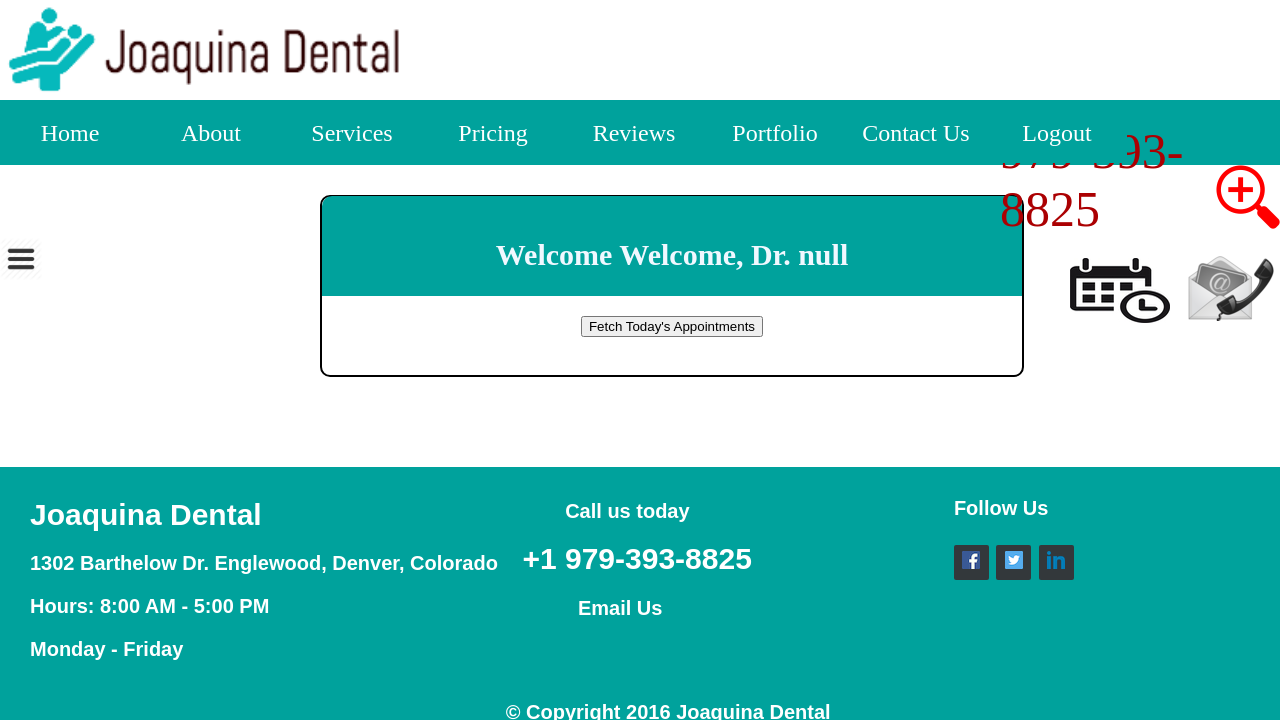
Repository: ManjushaBolishetty/test
Page: http://localhost/test/DentistHomePage.jsp
These files come from the project's save history. The page is drawn as it stood at one moment and after the next save; the edit follows.
The browser window is 1280 px wide. The pictures show the whole page.
The page is served by Tomcat 9.

Above is the page before, as saved 2016-04-03 17:49:28.

After the next save:
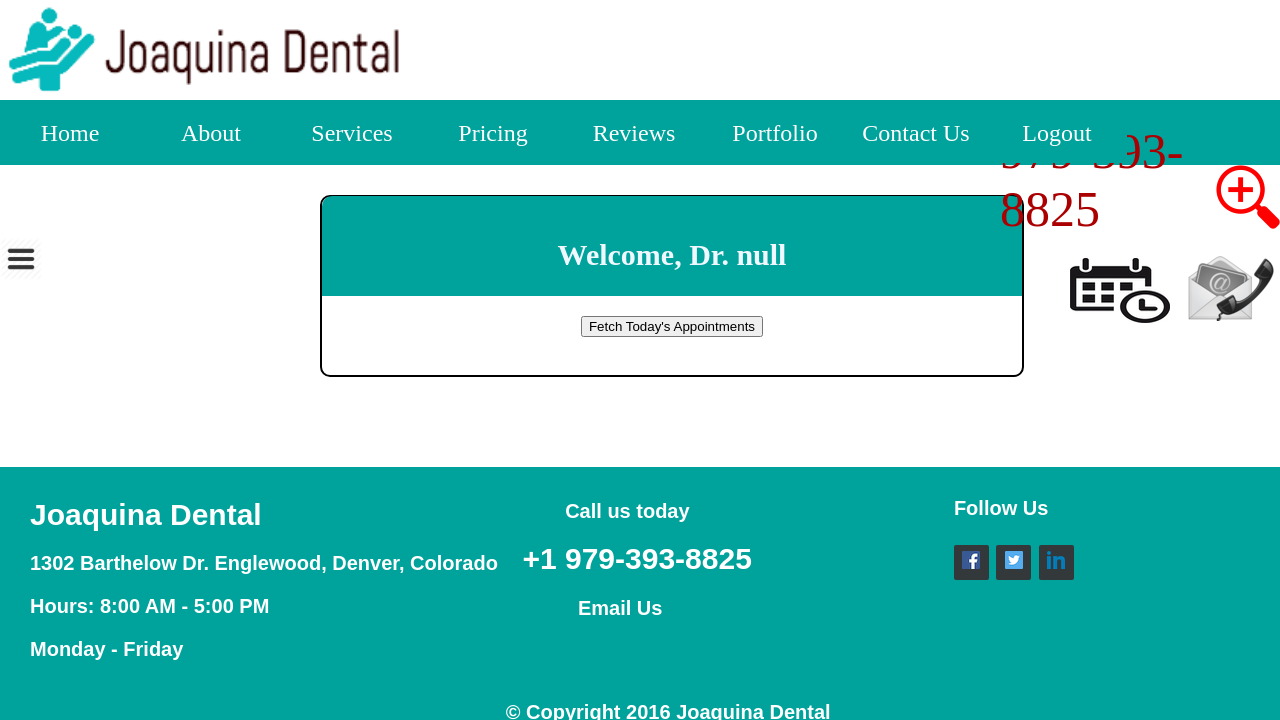
Saved 13 s later.
--- a/test/WebContent/DentistHomePage.jsp
+++ b/test/WebContent/DentistHomePage.jsp
@@ -38,7 +38,7 @@ $(document).ready(function(){
 <body>
 <div id="cover">
 <header>
-    <h3>Welcome
+    <h3>
  	<%
    Date date = new Date();
    //out.print("<h4 align=\"left\">" +"Welcome, Dr. " + session.getAttribute("Dentist_Name") + "</h4>\n");
